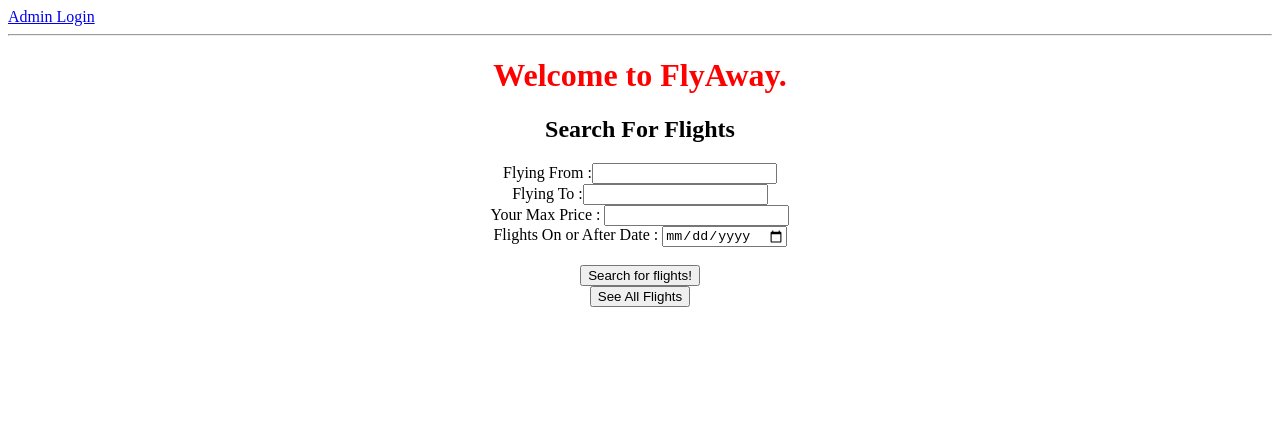
Repository: tuskhillare/FlyAway-1.0-
Page: http://localhost/FlyAway/
An editor plug-in stored every save of this project. The page is shown before and after the next save, followed by the edit.
The browser window is 1280 px wide. The pictures show the whole page.
The page is served by Tomcat 9. Other server files are loaded and not shown.

Above is the page before, as saved 2021-10-01 15:14:40.

### Source Code/FlyAway/src/main/webapp/index.jsp
<!DOCTYPE html>
<html>
<head>
<style type="text/css">
h1{color:red;}
</style>
<meta charset="UTF-8">
<title>Welcome To Fly Away Ticket Booking Portal</title>
</head>
<body>
	<a href="Login.jsp">Admin Login</a>
	<hr>
	<center>
	<h1>Welcome to FlyAway.</h1>
	<h2>Search For Flights</h2>
	<form name="searchForFlights" method="GET" action="SearchFlights">
		Flying From :<input type="text" name="source" > <br/>
		Flying To :<input type="text" name="destination" > <br/>
		Your Max Price : <input type="number" name="price"> <br/>
		Flights On or After Date : <input type="date" name="date"> <br/>
		<br/>
		<input type="submit" value="Search for flights!">
	</form>
	<form name ="seeAllFlights" method="GET" action="SeeAllFlights">
		<input type="submit" value="See All Flights">
	</form>
	</center>
</body>
</html>

After the next save:
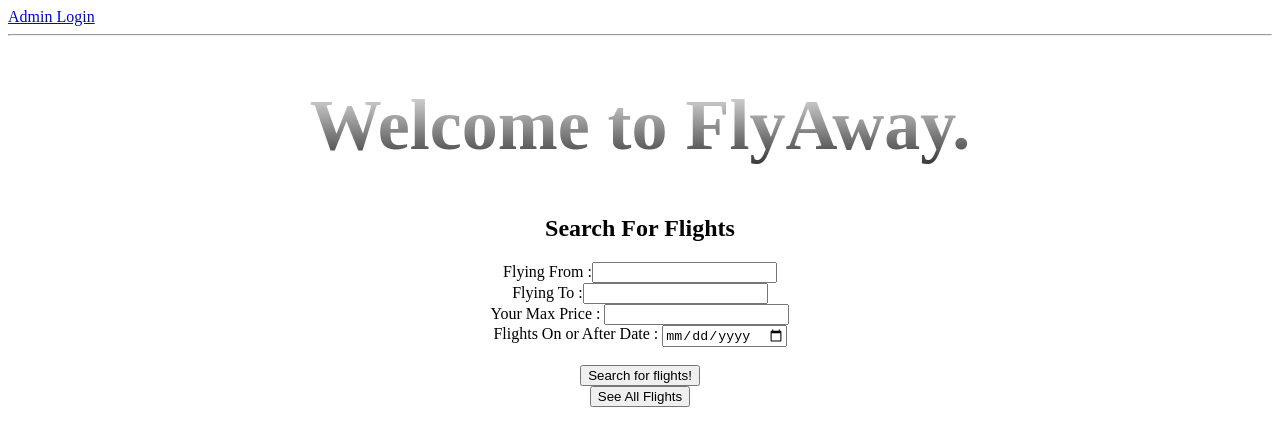
Saved 3 min 24 s later.
--- a/Source Code/FlyAway/src/main/webapp/index.jsp
+++ b/Source Code/FlyAway/src/main/webapp/index.jsp
@@ -2,7 +2,12 @@
 <html>
 <head>
 <style type="text/css">
-h1{color:red;}
+h1 {
+  font-size: 72px;
+  background: -webkit-linear-gradient(#eee, #333);
+  -webkit-background-clip: text;
+  -webkit-text-fill-color: transparent;
+}
 </style>
 <meta charset="UTF-8">
 <title>Welcome To Fly Away Ticket Booking Portal</title>
